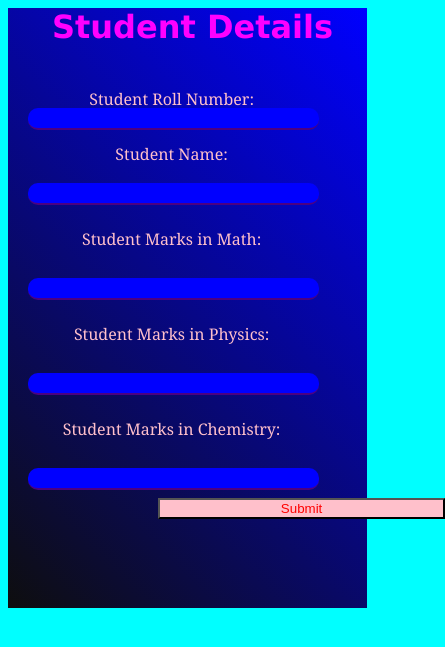
Repository: prm2711/javaapps
Page: eclipse-workspace/FirstProject/WebContent/index.html
These files come from the project's save history. The page is drawn as it stood at one moment and after the next save; the edit follows.
The browser window is 375 px wide. The page is 445 px wide, then 375 px, so the pictures cover 445 px, including what lies to the right of the window. The pictures show the whole page.

Above is the page before, as saved 2018-01-19 12:19:57.

### eclipse-workspace/FirstProject/WebContent/index.html
<!DOCTYPE html>
<html>
<head>
<meta charset="ISO-8859-1">
<title>Student form</title>
<link rel="stylesheet" type="text/css" href="css/format.css">
<meta name="viewport" content="width=device-width, initial-scale=1.0">
</head>
<body>
		<div class="top_container"></div>
		<div class="small_container1"></div>
		<div class="small_container2"></div>
		<div class="small_container3"></div>
		<div class="small_container4"></div>

		<div align="center" class="inner_container">
			<form method="post" action="InsertServlet"
				onsubmit="return validateForm()">

				<h1 class="heading">Student Details</h1>
				<p class="label1">Student Roll Number:</p>
				<br> <input class="text-box1" type="text" name="roll_no"
					id="roll_no"><br> <br>
				<p class="label2">Student Name:</p>
				<br> <input class="text-box2" type="text" name="student_name"
					id="student_name"><br> <br>
				<p class="label3">Student Marks in Math:</p>
				<br> <input class="text-box3" type="text" name="marks"
					id="marks"><br> <br>
				<p class="label4">Student Marks in Physics:</p>
				<br> <input class="text-box4" type="text" name="marksphy"
					id="marksphy"><br> <br>
				<p class="label5">Student Marks in Chemistry:</p>
				<br> <input class="text-box5" type="text" name="markschem"
					id="markschem"><br> <br>
					<input class="submitButton" type="submit" value="Submit">

			</form>
		</div>
		<div class="bottom_container"></div>

	<script src="js/insertdata.js"></script>
</body>
</html>

### eclipse-workspace/FirstProject/WebContent/css/format.css
body {
	background-color: cyan;
}

.inner_container {
	background-color: blue;
	background: linear-gradient(45deg, #0e0e0e, blue);
	position: relative;
	/*top: 50px;
	left: 350px;*/
	z-index: 2;
	margin: 0 auto;
	height: 600px;
}

.heading {
	color: magenta;
	font-family: Verdana, Geneva, sans-serif;
	padding-left: 10px;
}

form,.heading {
	width: 40%;
	margin: 0 auto;
}

.text-box1, .text-box2, .text-box3, .text-box4, .text-box5 {
	position: absolute;
	left: 20px;
	border: 0px;
	border-bottom: 2px indigo solid;
	border-radius: 10px;
	background: blue;
	color: white;
	font-family: Georgia;
}

.text-box1 {
	top: 100px;
}

.label2, .label3, .label4, .label5,.label1 {
	position: absolute;
	left: 20px;
	color: pink;
	font-family: Georgia;
}

.label1 {
	top: 80px;
}

.label2 {
	top: 135px;
}

.text-box2 {
	top: 175px;
}

.label3 {
	top: 220px;
}

.text-box3 {
	top: 270px;
}

.label4 {
	top: 315px;
}

.text-box4 {
	top: 365px;
}

.label5 {
	top: 410px;
}

.text-box5 {
	top: 460px;
}

.submitButton {
	position: absolute;
	background-color: pink;
	color: red;
	left: 150px;
	top: 490px;
	width: 35%;
	margin: 0 auto;
}

.submitButton:hover {
	background-color: #4caf50;
	color: white;
}

input,p {
	width: 80%;
	margin: 0 auto;
}

@media screen and (max-width: 700px) {
	.inner-container {
		width: 100%;
	}

	form {
	width: 100%;
	}

	input,p,.submitButton,.heading {
	width: 80%;
	}

}

@media screen and (max-width: 400px) {
	.inner-container {
		width: 100%;
	}

	form {
	width: 100%;
	}

	,input,p,.submitButton,.heading {
	width: 80%;
	}
}

### eclipse-workspace/FirstProject/WebContent/js/insertdata.js
/**
 *
 */
function validateForm() {
	var rollno = document.getElementById("roll_no").value;
	var student_name = document.getElementById("student_name").value;
	var marks = document.getElementById("marks").value;
	var marksphy = document.getElementById("marksphy").value;
	var markschem = document.getElementById("markschem").value;

	if (isNaN(rollno) == true || isNaN(marks) == true
			|| isNaN(marksphy) == true || isNaN(markschem) == true || rollno.length==0 || student_name.length==0 || marks.length==0 || marksphy.length==0 || markschem.length==0) {
		alert("Enter valid details");
		return false;
	}

	else {

		return true;
	}
}

After the next save:
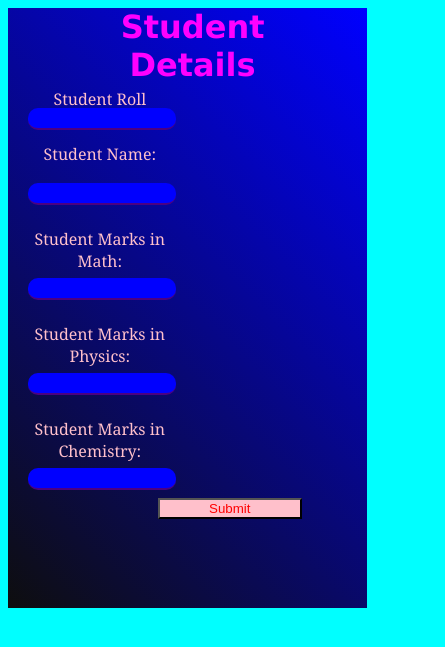
Saved 28 s later.
--- a/eclipse-workspace/FirstProject/WebContent/css/format.css
+++ b/eclipse-workspace/FirstProject/WebContent/css/format.css
@@ -98,7 +98,7 @@ form,.heading {
 }
 
 input,p {
-	width: 80%;
+	width: 40%;
 	margin: 0 auto;
 }
 
@@ -112,7 +112,7 @@ input,p {
 	}
 
 	input,p,.submitButton,.heading {
-	width: 80%;
+	width: 40%;
 	}
 
 }
@@ -127,6 +127,6 @@ input,p {
 	}
 
 	,input,p,.submitButton,.heading {
-	width: 80%;
+	width: 40%;
 	}
 }
